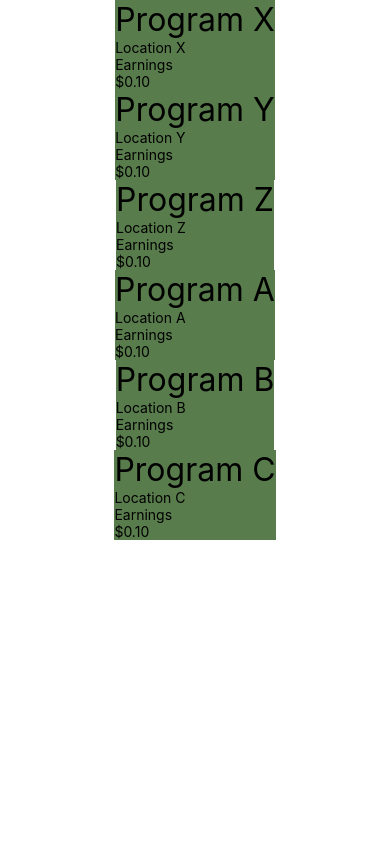
Repository: ct-pham/COMP4511
Screen: / (app in comp4511/)
These files come from the project's save history. The screen is drawn as it stood at one moment and after the next save; the edit follows.
The app was drawn by React Native's web renderer in a window 390 px wide. The project was rebuilt for these pictures with package versions that can differ from the ones it lists, and the page was loaded fresh each time. Also part of the build but not shown: comp4511/Components/Homepage.js, comp4511/Components/AllEarnings.js, comp4511/Components/ProgramEarnings.js, comp4511/Components/Register.js, comp4511/Components/Login.js.

Above is the screen before, as saved 2022-11-09 18:42:00.

### comp4511/App.js
import React, {useState} from 'react';
import { StatusBar } from 'expo-status-bar';
import { StyleSheet, Text, View } from 'react-native';
import { NavigationContainer } from '@react-navigation/native';
import { createNativeStackNavigator } from '@react-navigation/native-stack';
import Homepage from './Components/Homepage';
import AllEarnings from './Components/AllEarnings';
import ProgramEarnings from './Components/ProgramEarnings';
import Register from './Components/Register';
import Login from './Components/Login';
import Compare from './Components/compareProgram/Compare';

const Stack = createNativeStackNavigator();


export default function App() {
  return (
    // <NavigationContainer>
    //   <Stack.Navigator>
    //     <Stack.Screen name="Register" component={Register} />
    //     <Stack.Screen name="Login" component={Login} />
    //     <Stack.Screen name="Home" component={Homepage}/>
    //     <Stack.Screen name="AllEarnings" component={AllEarnings}/>
    //     <Stack.Screen name="ProgramEarnings" component={ProgramEarnings}/>
    //   </Stack.Navigator>
    // </NavigationContainer>
    <Compare/>
  );
}

### comp4511/Components/compareProgram/Compare.js
import {
    StyleSheet,
    Text,
    SafeAreaView,
    statusBar,
    FlatList,
} from 'react-native';
import Items from './Items';

import ProgramDetails from './ProgramDetails';

export default function Compare() {
    return (
        <SafeAreaView style={styles.container}>
            <FlatList
                data = {ProgramDetails}
                renderItem={({ item }) => <Items item = {item} />}
                showsVerticalScrollIndicator

            />
        </SafeAreaView>
    );
}

const styles = StyleSheet.create({

});

### comp4511/Components/compareProgram/Items.js
import {
    View,
    Text,
    StyleSheet,
    Image,
    useWindowDimensions,
    TouchableOpacity,
    StatusBar,
} from 'react-native';
import { useState } from 'react';


export default function Items ({item}) {

    const { width } = useWindowDimensions();
    return (
        <View style={ [styles.container, { width }]}>
            <View style = {styles.programContainer}>
                <Text style = {styles.title}>{item.title}</Text>
                <Text style = {styles.location}>{item.location}</Text>

                <View>
                    <Text style = {styles.Earnings}>{item.Earning}</Text>
                    <Text style = {styles.Total}>{item.Total}</Text>

                </View>
            </View>

        </View>
    )
}

const styles = StyleSheet.create({
    container: {
        flex: 1,
        marginTop: StatusBar.currentHeight || 0,

        alignItems: 'center',
      },
    item: {
        padding: 20,
        marginVertical: 8,
        marginHorizontal: 16,
      },
    title: {
        fontSize: 32,
      },
    programContainer: {
        backgroundColor: '#587C4B',
    },
});

### comp4511/Components/compareProgram/ProgramDetails.js
export default [
    {
        id: '1',
        title: 'Program X',
        location: 'Location X',
        Earning: 'Earnings',
        Total: '$0.10',

    },
    {
        id: '2',
        title: 'Program Y',
        location: 'Location Y',
        Earning: 'Earnings',
        Total: '$0.10',

    },
    {
        id: '3',
        title: 'Program Z',
        location: 'Location Z',
        Earning: 'Earnings',
        Total: '$0.10',

    },
    {
        id: '4',
        title: 'Program A',
        location: 'Location A',
        Earning: 'Earnings',
        Total: '$0.10',

    },
    {
        id: '5',
        title: 'Program B',
        location: 'Location B',
        Earning: 'Earnings',
        Total: '$0.10',

    },
    {
        id: '6',
        title: 'Program C',
        location: 'Location C',
        Earning: 'Earnings',
        Total: '$0.10',
    }

]

After the next save:
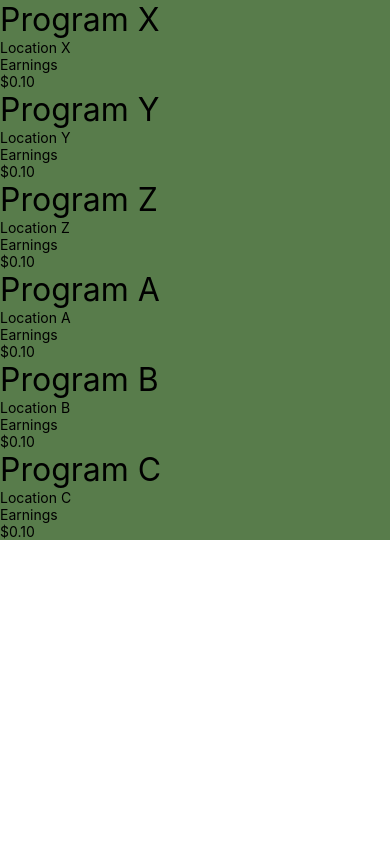
Saved 76 s later.
--- a/comp4511/Components/compareProgram/Items.js
+++ b/comp4511/Components/compareProgram/Items.js
@@ -15,7 +15,7 @@ export default function Items ({item}) {
     const { width } = useWindowDimensions();
     return (
         <View style={ [styles.container, { width }]}>
-            <View style = {styles.programContainer}>
+            <View style = {[styles.programContainer, {width}]}>
                 <Text style = {styles.title}>{item.title}</Text>
                 <Text style = {styles.location}>{item.location}</Text>
 
